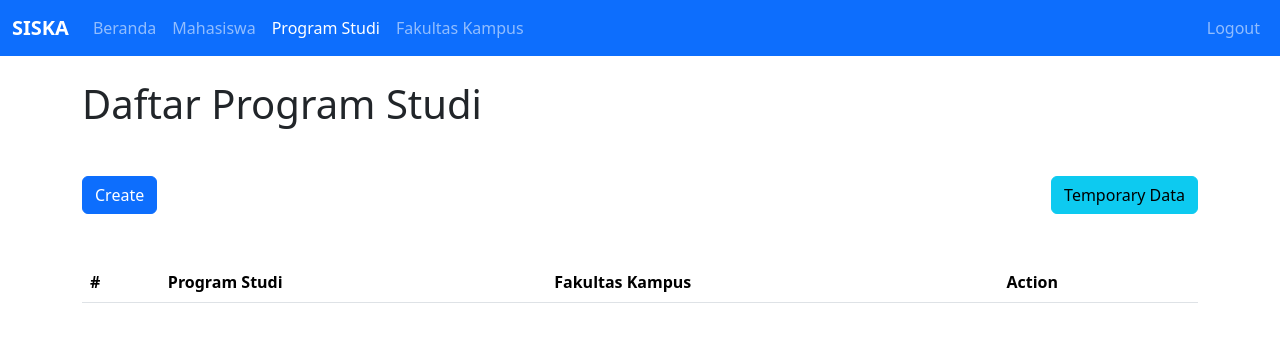
Repository: WiraAtma/administrasi-kampus
Page: http://localhost/prodi
The author's editor kept a copy of each file at every save. The page is drawn from the files as they stood at one save, then again after the next save.
The browser window is 1280 px wide. The pictures show the whole page.
The page is served by the project's Laravel application, run on PHP 8.4 with Laravel 12. A made-up administrator, Test User (test@example.com), is signed in. Other server files are loaded and not shown. Queries for data that is not in the repository find no rows.

Above is the page before, as saved 2024-10-25 15:21:34.

### routes/web.php
<?php

use App\Http\Controllers\AuthController;
use App\Http\Controllers\FakultasController;
use App\Http\Controllers\MahasiswaController;
use App\Http\Controllers\ProdiController;
use App\Http\Middleware\AdminAccess;
use App\Http\Middleware\DosenAccess;
use Illuminate\Support\Facades\Route;

Route::get('/', function() {
    return view('home');
});

Route::get('/login', [AuthController::class, 'login'])->name('login')->middleware('guest');
Route::post('/login', [AuthController::class, 'authenticing'])->middleware('guest');
Route::get('/logout', [AuthController::class, 'logout']);

Route::get('/mahasiswa', [MahasiswaController::class, 'index'])->middleware('auth');
Route::get('/mahasiswa-detail/{id}', [MahasiswaController::class, 'show'])->middleware('auth');
Route::get('/mahasiswa-create', [MahasiswaController::class, 'create'])->middleware([AdminAccess::class]);
Route::post('/filter-mahasiswa', [MahasiswaController::class, 'store'])->middleware([AdminAccess::class]);
Route::get('/mahasiswa-edit/{id}', [MahasiswaController::class, 'edit'])->middleware([DosenAccess::class]);
Route::put('/filter-mahasiswa/{id}', [MahasiswaController::class, 'update'])->middleware([DosenAccess::class]);
Route::get('/mahasiswa-delete/{id}', [MahasiswaController::class, 'delete'])->middleware([AdminAccess::class]);
Route::delete('/filter-delete-mahasiswa/{id}', [MahasiswaController::class, 'destroy'])->middleware([AdminAccess::class]);
Route::get('/mahasiswa-temporary', [MahasiswaController::class, 'mahasiswaDeleted'])->middleware([AdminAccess::class]);
Route::get('/filter-restore-mahasiswa/{id}', [MahasiswaController::class, 'restore'])->middleware([AdminAccess::class]);

Route::get('/prodi', [ProdiController::class, 'index'])->middleware('auth');
Route::get('/prodi-detail/{id}', [ProdiController::class, 'show'])->middleware('auth');
Route::get('/prodi-create', [ProdiController::class, 'create'])->middleware([AdminAccess::class]);
Route::post('/filter-prodi', [ProdiController::class, 'store'])->middleware([AdminAccess::class]);
Route::get('/prodi-edit/{id}', [ProdiController::class, 'edit'])->middleware([DosenAccess::class]);
Route::post('/filter-prodi/{id}', [ProdiController::class, 'update'])->middleware([DosenAccess::class]);
Route::get('/prodi-delete/{id}', [ProdiController::class, 'delete'])->middleware([AdminAccess::class]);
Route::delete('/filter-delete-prodi/{id}', [ProdiController::class, 'destroy'])->middleware(AdminAccess::class);
Route::get('/prodi-temporary', [ProdiController::class, 'prodiDeleted'])->middleware([AdminAccess::class]);
Route::get('/filter-restore-prodi/{id}', [ProdiController::class, 'restore'])->middleware([AdminAccess::class]);

Route::get('/fakultas', [FakultasController::class, 'index'])->middleware('auth');

### app/Models/User.php
<?php

namespace App\Models;

// use Illuminate\Contracts\Auth\MustVerifyEmail;
use Illuminate\Database\Eloquent\Factories\HasFactory;
use Illuminate\Foundation\Auth\User as Authenticatable;
use Illuminate\Notifications\Notifiable;

class User extends Authenticatable
{
    use HasFactory, Notifiable;

    /**
     * The attributes that are mass assignable.
     *
     * @var array<int, string>
     */
    protected $fillable = [
        'name',
        'email',
        'password',
        'role_id'
    ];

    /**
     * The attributes that should be hidden for serialization.
     *
     * @var array<int, string>
     */
    protected $hidden = [
        'password',
        'remember_token',
    ];

    /**
     * Get the attributes that should be cast.
     *
     * @return array<string, string>
     */
    protected function casts(): array
    {
        return [
            'email_verified_at' => 'datetime',
            'password' => 'hashed',
        ];
    }

    /**
     * Get the user that owns the User
     *
     * @return \Illuminate\Database\Eloquent\Relations\BelongsTo
     */
    public function role()
    {
        return $this->belongsTo(Role::class, 'role_id', 'id');
    }
}

### app/Http/Controllers/ProdiController.php
<?php

namespace App\Http\Controllers;

use App\Models\Fakultas;
use App\Models\Prodi;
use Illuminate\Http\Request;

class ProdiController extends Controller
{
    public function index() {
        $prodi = Prodi::with('fakultas')->get();
        return view('prodi', ['prodi' => $prodi]);
    }

    public function show($id) {
        $prodi = Prodi::with(['fakultas', 'mahasiswa'])->findOrFail($id);
        return view('prodi-detail', ['prodi' => $prodi]);
    }

    public function create() {
        $fakultas = Fakultas::select('id', 'name')->get();
        return view('prodi-create', ['fakultas' => $fakultas]);
    }

    public function store(Request $request) {
        $prodi = Prodi::create($request->all());
        if($prodi) {
            session()->flash('status','success');
            session()->flash('message','Program Studi Berhasil Ditambahkan');
        }
        return redirect('/prodi');
    }

    public function edit($id) {
       $prodi = Prodi::with('fakultas')->findOrFail($id);
       $fakultas = Fakultas::where('id', '!=', $prodi->fakultas_id)->get();
        return view('prodi-edit', ['prodi' => $prodi, 'fakultas' => $fakultas]);
    }

    public function update(Request $request, $id) {
        $prodi = Prodi::findOrFail($id);
        $prodi->update($request->all());
        if($prodi) {
            session()->flash('status', 'success');
            session()->flash('message', 'Program Studi Berhasil Diupdate');
        }
        return redirect('/prodi');
    }

    public function delete($id) {
        $prodi = Prodi::findOrFail($id);
        return view('prodi-delete', ['prodi' => $prodi]);
    }

    public function destroy($id) {
        $prodi = Prodi::findOrFail($id);
        $prodi->delete();
        if($prodi) {
            session()->flash('status', 'success');
            session()->flash('message', 'Prodi Berhasil Dihapus');
        }
        return redirect('/prodi');
    }

    public function prodiDeleted() {
        $prodi = Prodi::onlyTrashed()->get();
        return view('prodi-temporary', ['prodi'=>$prodi]);
    }

    public function restore($id) {
        $prodi = Prodi::withTrashed()->where('id', $id)->restore();
        if($prodi) {
            session()->flash('status', 'success');
            session()->flash('message', 'Prodi Berhasil Dipulihkan');
        }
        return redirect('/prodi');
    }
}

### app/Models/Prodi.php
<?php

namespace App\Models;

use Illuminate\Database\Eloquent\Factories\HasFactory;
use Illuminate\Database\Eloquent\Model;
use Illuminate\Database\Eloquent\SoftDeletes;

class Prodi extends Model
{
    use HasFactory, SoftDeletes;
    protected $table='prodi';
    protected $fillable=[
        'name',
        'fakultas_id'
    ];

    public function fakultas()
    {
        return $this->belongsTo(Fakultas::class, 'fakultas_id', 'id' );
    }

    public function mahasiswa()
    {
        return $this->hasMany(Mahasiswa::class);
    }
}

### resources/views/prodi.blade.php
@extends('layouts.mainLayouts')

@section('title','Program Studi')

@section('content')
    <h1>Daftar Program Studi</h1>
    @if (session()->has('status'))
        <div class="alert alert-success">
            {{ session()->get('message') }}
        </div>
    @endif
    @if(auth()->check() && auth()->user()->role_id == '1')
        <div class="my-5 d-flex justify-content-between">
            <a href="/prodi-create" class="btn btn-primary">Create</a>
            <a href="/prodi-temporary" class="btn btn-info">Temporary Data</a>
        </div>
    @else
    @endif
    <div class="mt-5">
        <table class="table">
            <thead>
                <tr>
                    <th>#</th>
                    <th>Program Studi</th>
                    <th>Fakultas Kampus</th>
                    <th>Action</th>
                </tr>
            </thead>
            <tbody>
                @foreach ($prodi as $data)
                    <tr>
                        <td>{{ $loop->iteration }}</td>
                        <td>{{ $data->name }}</td>
                        <td>{{ $data->fakultas->name}}</td>
                        <td>
                            <a href="/prodi-detail/{{ $data->id }}" class="btn btn-primary">Detail</a>
                            @if(auth()->check() && auth()->user()->role_id !=3)
                                <a href="/prodi-edit/{{ $data->id }}" class="btn btn-success">Update</a>
                            @else
                            @endif
                            @if(auth()->check() && auth()->user()->role_id == '1')
                                <a href="/prodi-delete/{{ $data->id }}" class="btn btn-danger">Delete</a>
                            @else
                            @endif
                        </td>
                    </tr>
                @endforeach
            </tbody>
        </table>
    </div>
@endsection

### resources/views/layouts/mainLayouts.blade.php
<!DOCTYPE html>
<html lang="en">
<head>
    <meta charset="UTF-8">
    <meta name="viewport" content="width=device-width, initial-scale=1.0">
    <meta http-equiv="X-UA-Compatible" content="ie=edge">
    <title>SISKA | @yield('title')</title>
    <link href="https://cdn.jsdelivr.net/npm/bootstrap@5.3.3/dist/css/bootstrap.min.css" rel="stylesheet" integrity="sha384-QWTKZyjpPEjISv5WaRU9OFeRpok6YctnYmDr5pNlyT2bRjXh0JMhjY6hW+ALEwIH" crossorigin="anonymous">
</head>
<body>
    <nav class="navbar sticky-top bg-primary navbar-expand-lg" data-bs-theme="dark">
        <div class="container-fluid">
          <a class="navbar-brand" href="/" style="font-weight: bold">SISKA</a>
          <button class="navbar-toggler" type="button" data-bs-toggle="collapse" data-bs-target="#navbarTogglerDemo02" aria-controls="navbarTogglerDemo02" aria-expanded="false" aria-label="Toggle navigation">
            <span class="navbar-toggler-icon"></span>
          </button>
          <div class="collapse navbar-collapse" id="navbarTogglerDemo02">
            @if(auth()->check() && auth()->user()->name != '')
              <ul class="navbar-nav me-auto mb-2 mb-lg-0">
                <li class="nav-item">
                  <a class="nav-link {{ request()->is('/') ? 'active' : ''}}" href="/">Beranda</a>
                </li>
                <li class="nav-item">
                  <a class="nav-link {{ request()->is('mahasiswa') ? 'active' : ''}}" href="/mahasiswa">Mahasiswa</a>
                </li>
                <li class="nav-item">
                  <a class="nav-link {{ request()->is('prodi') ? 'active' : ''}}" href="/prodi">Program Studi</a>
                </li>
                <li class="nav-item">
                  <a class="nav-link {{ request()->is('fakultas') ? 'active' : ''}}" href="/fakultas">Fakultas Kampus</a>
                </li>
              </ul>
            @else
            @endif
            <ul class="navbar-nav">
              <li class="nav-item">
                @if(auth()->check() && auth()->user()->name != '')
                  <a href="/logout" class="nav-link">Logout</a>
                @else
                  <a href="/login" class="nav-link">Login</a>
                @endif
              </li>
            </ul>
          </div>
        </div>
    </nav>
    <div class="container mt-4">
        @yield('content')
    </div>
    <script src="https://cdn.jsdelivr.net/npm/bootstrap@5.3.3/dist/js/bootstrap.bundle.min.js" integrity="sha384-YvpcrYf0tY3lHB60NNkmXc5s9fDVZLESaAA55NDzOxhy9GkcIdslK1eN7N6jIeHz" crossorigin="anonymous"></script>
</body>
</html>

Loaded but not shown: app/Http/Controllers/Controller.php (common file)

After the next save:
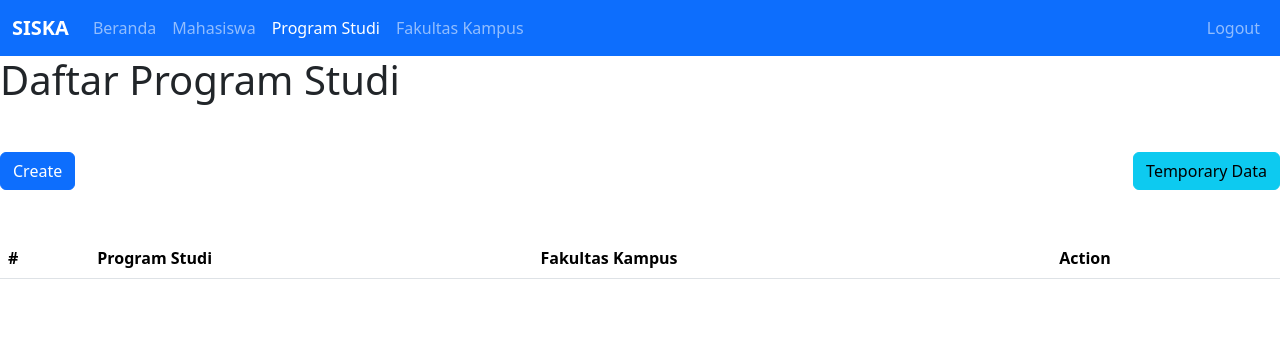
Saved 17 s later.
--- a/resources/views/layouts/mainLayouts.blade.php
+++ b/resources/views/layouts/mainLayouts.blade.php
@@ -44,7 +44,7 @@
           </div>
         </div>
     </nav>
-    <div class="container mt-4">
+
         @yield('content')
     </div>
     <script src="https://cdn.jsdelivr.net/npm/bootstrap@5.3.3/dist/js/bootstrap.bundle.min.js" integrity="sha384-YvpcrYf0tY3lHB60NNkmXc5s9fDVZLESaAA55NDzOxhy9GkcIdslK1eN7N6jIeHz" crossorigin="anonymous"></script>

After the save that followed:
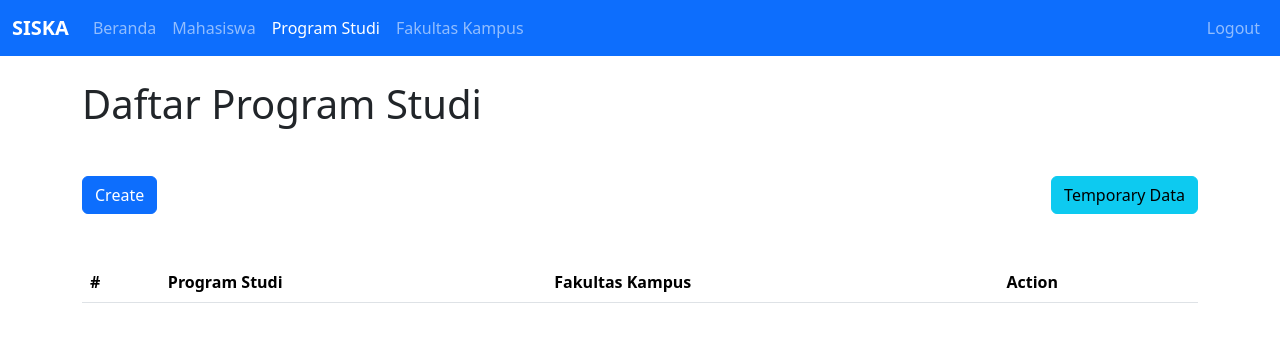
Saved 7 s later.
--- a/resources/views/layouts/mainLayouts.blade.php
+++ b/resources/views/layouts/mainLayouts.blade.php
@@ -44,7 +44,7 @@
           </div>
         </div>
     </nav>
-
+    <div class="container mt-4">
         @yield('content')
     </div>
     <script src="https://cdn.jsdelivr.net/npm/bootstrap@5.3.3/dist/js/bootstrap.bundle.min.js" integrity="sha384-YvpcrYf0tY3lHB60NNkmXc5s9fDVZLESaAA55NDzOxhy9GkcIdslK1eN7N6jIeHz" crossorigin="anonymous"></script>
